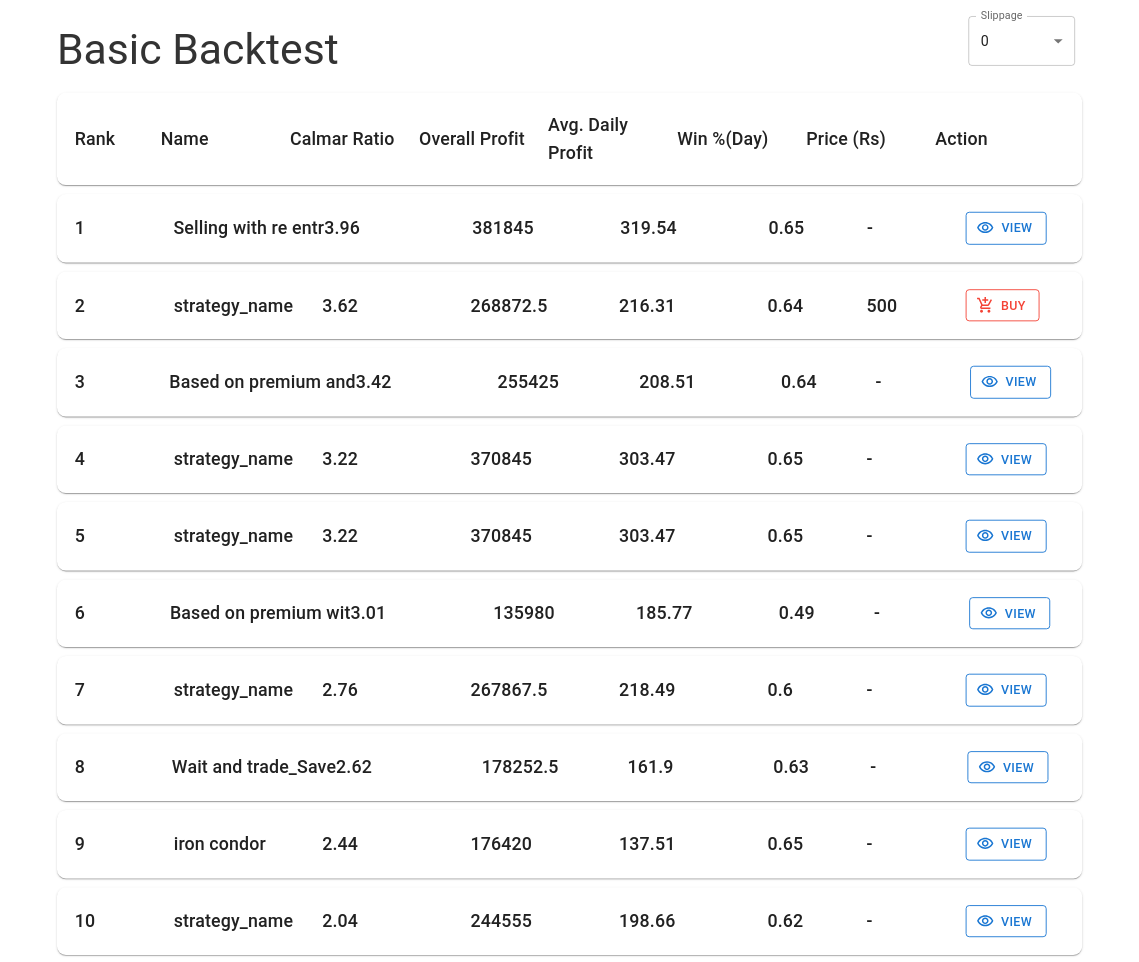
Repository: PraTEEkgUpTa2/Leaderboard
Page: /
The author's editor kept a copy of each file at every save. The page is drawn from the files as they stood at one save, then again after the next save.
The browser window is 1280 px wide. The pictures show the whole page, at 89% of full size.
The project was rebuilt for these pictures with package versions that can differ from the ones it lists, and the page was loaded fresh each time. Also part of the build but not shown: src/App.css.

Above is the page before, as saved 2024-05-28 14:14:48.

### src/index.js
import React from 'react';
import ReactDOM from 'react-dom';
import { ThemeProvider } from '@mui/material/styles';
import App from './App';
import theme from './theme'; // Import the theme object

const root = ReactDOM.createRoot(document.getElementById('root'));
root.render(

  <ThemeProvider theme={theme}>
  <App />
</ThemeProvider>

);

// If you want to start measuring performance in your app, pass a function
// to log results (for example: reportWebVitals(console.log))
// or send to an analytics endpoint. Learn more: https://bit.ly/CRA-vitals

### src/App.js
import React from 'react';
import './App.css';
import Leaderboard from './Leaderboard';

function App() {
  return (
    <div className="App">
      <Leaderboard />
    </div>
  );
}

export default App;

### src/theme.js
// theme.js

import { createTheme } from '@mui/material/styles';

const theme = createTheme({
  palette: {
    primary: {
      main: '#1976d2', // Background color for the table header
      dark: '#135fa8', // Hover color for primary buttons
    },
    error: {
      main: '#f44336', // Background color for "Buy" button
      dark: '#d32f2f', // Hover color for "Buy" button
    },
    common: {
      white: '#fff', // Text color for table header and buttons
    },
  },
});

export default theme;

### src/Leaderboard.js
import React, { useState } from 'react';
import data from './data.json';
import { Container, Box, Typography, FormControl, InputLabel, Select, MenuItem, Paper, Button } from '@mui/material';
import { VisibilityOutlined, AddShoppingCartOutlined } from '@mui/icons-material';
import { styled } from '@mui/system';
import { Line } from 'react-chartjs-2';
import 'chart.js/auto';

const TabContainer = styled(Box)(({ theme }) => ({
  display: 'flex',
  flexDirection: 'column',
  gap: '10px',
  marginTop: '20px',
}));

const Tab = styled(Paper)(({ theme }) => ({
  display: 'flex',
  justifyContent: 'space-between',
  alignItems: 'center',
  padding: '20px',
  borderRadius: '10px',
  boxShadow: theme.shadows[1],
  transition: 'transform 0.3s, box-shadow 0.3s',
  '&:hover': {
    transform: 'translateY(-5px)',
    boxShadow: theme.shadows[4],
    zIndex: 1,
    position: 'relative',
  },
}));

const ViewButton = styled(Button)(({ theme }) => ({
  borderColor: theme.palette.primary.main,
  color: theme.palette.primary.main,
  backgroundColor: 'transparent',
  '&:hover': {
    borderColor: theme.palette.primary.dark,
    color: theme.palette.primary.dark,
    backgroundColor: 'transparent',
  },
  '& .MuiButton-startIcon': {
    marginRight: theme.spacing(1),
  },
}));

const BuyButton = styled(Button)(({ theme }) => ({
  borderColor: theme.palette.error.main,
  color: theme.palette.error.main,
  backgroundColor: 'transparent',
  '&:hover': {
    borderColor: theme.palette.error.dark,
    color: theme.palette.error.dark,
    backgroundColor: 'transparent',
  },
  '& .MuiButton-startIcon': {
    marginRight: theme.spacing(1),
  },
}));

const ChartCard = styled(Box)(({ theme }) => ({
  marginTop: '20px',
  padding: '20px',
  borderRadius: '10px',
  boxShadow: theme.shadows[3],
}));

const CellText = styled(Typography)(({ theme }) => ({
  whiteSpace: 'nowrap',
  overflow: 'hidden',
  textOverflow: 'ellipsis',
}));

const Leaderboard = () => {
  const [selectedRow, setSelectedRow] = useState(null);

  const handleRowClick = (row) => {
    setSelectedRow(row);
  };

  return (
    <Container>
      <Box display="flex" justifyContent="space-between" alignItems="center">
        <Typography variant="h3" style={{ color: '#333', marginTop: '20px' }}>
          Basic Backtest
        </Typography>
        <FormControl sx={{ m: 1, minWidth: 120 }}>
          <InputLabel id="slippage-label">Slippage</InputLabel>
          <Select
            labelId="slippage-label"
            id="slippage-select"
            defaultValue={0}
            label="Slippage"
          >
            <MenuItem value={0}>0</MenuItem>
            <MenuItem value={0.5}>0.5</MenuItem>
            <MenuItem value={1}>1</MenuItem>
          </Select>
        </FormControl>
      </Box>
      <TabContainer>
        <Tab>
          <Box flexBasis="10%">
            <Typography variant="h6">Rank</Typography>
          </Box>
          <Box flexBasis="15%">
            <Typography variant="h6">Name</Typography>
          </Box>
          <Box flexBasis="15%">
            <Typography variant="h6">Calmar Ratio</Typography>
          </Box>
          <Box flexBasis="15%">
            <Typography variant="h6">Overall Profit</Typography>
          </Box>
          <Box flexBasis="15%">
            <Typography variant="h6">Avg. Daily Profit</Typography>
          </Box>
          <Box flexBasis="15%">
            <Typography variant="h6">Win %(Day)</Typography>
          </Box>
          <Box flexBasis="15%">
            <Typography variant="h6">Price (Rs)</Typography>
          </Box>
          <Box flexBasis="15%">
            <Typography variant="h6">Action</Typography>
          </Box>
        </Tab>
        {data.map((row) => (
          <Tab key={row.Rank} onClick={() => handleRowClick(row)}>
            <Box flexBasis="10%">
              <CellText variant="h6">{row.Rank}</CellText>
            </Box>
            <Box flexBasis="15%">
              <CellText variant="h6">{row.Name}</CellText>
            </Box>
            <Box flexBasis="15%">
              <Typography variant="h6">{row["Calmar Ratio"]}</Typography>
            </Box>
            <Box flexBasis="15%">
              <Typography variant="h6">{row["Overall Profit"]}</Typography>
            </Box>
            <Box flexBasis="15%">
              <Typography variant="h6">{row["Avg. Daily Profit"]}</Typography>
            </Box>
            <Box flexBasis="10%">
              <Typography variant="h6">{row["Win %(Day)"]}</Typography>
            </Box>
            <Box flexBasis="10%">
              <Typography variant="h6">{row["Price (Rs)"] ? row["Price (Rs)"] : '-'}</Typography>
            </Box>
            <Box flexBasis="10%">
              {row.Action === 'View' ? (
                <ViewButton startIcon={<VisibilityOutlined />} variant="outlined">
                  View
                </ViewButton>
              ) : (
                <BuyButton startIcon={<AddShoppingCartOutlined />} variant="outlined">
                  Buy
                </BuyButton>
              )}
            </Box>
          </Tab>
        ))}
      </TabContainer>
      {selectedRow && (
        <ChartCard>
          <Typography variant="h6">{selectedRow.Name}</Typography>
          <Line
            data={{
              labels: ['Calmar Ratio', 'Overall Profit', 'Avg. Daily Profit', 'Win % (Day)', 'Price (Rs)'],
              datasets: [
                {
                  label: selectedRow.Name,
                  data: [
                    selectedRow['Calmar Ratio'],
                    selectedRow['Overall Profit'],
                    selectedRow['Avg. Daily Profit'],
                    selectedRow['Win %(Day)'],
                    selectedRow['Price (Rs)'],
                  ],
                  backgroundColor: ['#FF6384', '#36A2EB', '#FFCE56', '#66BB6A', '#FF7043'],
                  borderColor: ['#FF6384', '#36A2EB', '#FFCE56', '#66BB6A', '#FF7043'],
                  borderWidth: 1,
                },
              ],
            }}
          />
        </ChartCard>
      )}
    </Container>
  );
};

export default Leaderboard;

### src/data.json
[
    {
        "Rank": 1,
        "Name": "Selling with re entr",
        "Calmar Ratio": 3.96,
        "Overall Profit": 381845,
        "Avg. Daily Profit": 319.54,
        "Win %(Day)": 0.65,
        "Price (Rs)": null,
        "Action": "View"
    },
    {
        "Rank": 2,
        "Name": "strategy_name",
        "Calmar Ratio": 3.62,
        "Overall Profit": 268872.5,
        "Avg. Daily Profit": 216.31,
        "Win %(Day)": 0.64,
        "Price (Rs)": 500,
        "Action": "Buy"
    },
    {
        "Rank": 3,
        "Name": "Based on premium and",
        "Calmar Ratio": 3.42,
        "Overall Profit": 255425,
        "Avg. Daily Profit": 208.51,
        "Win %(Day)": 0.64,
        "Price (Rs)": null,
        "Action": "View"
    },
    {
        "Rank": 4,
        "Name": "strategy_name",
        "Calmar Ratio": 3.22,
        "Overall Profit": 370845,
        "Avg. Daily Profit": 303.47,
        "Win %(Day)": 0.65,
        "Price (Rs)": null,
        "Action": "View"
    },
    {
        "Rank": 5,
        "Name": "strategy_name",
        "Calmar Ratio": 3.22,
        "Overall Profit": 370845,
        "Avg. Daily Profit": 303.47,
        "Win %(Day)": 0.65,
        "Price (Rs)": null,
        "Action": "View"
    },
    {
        "Rank": 6,
        "Name": "Based on premium wit",
        "Calmar Ratio": 3.01,
        "Overall Profit": 135980,
        "Avg. Daily Profit": 185.77,
        "Win %(Day)": 0.49,
        "Price (Rs)": null,
        "Action": "View"
    },
    {
        "Rank": 7,
        "Name": "strategy_name",
        "Calmar Ratio": 2.76,
        "Overall Profit": 267867.5,
        "Avg. Daily Profit": 218.49,
        "Win %(Day)": 0.6,
        "Price (Rs)": null,
        "Action": "View"
    },
    {
        "Rank": 8,
        "Name": "Wait and trade_Save",
        "Calmar Ratio": 2.62,
        "Overall Profit": 178252.5,
        "Avg. Daily Profit": 161.9,
        "Win %(Day)": 0.63,
        "Price (Rs)": null,
        "Action": "View"
    },
    {
        "Rank": 9,
        "Name": "iron condor",
        "Calmar Ratio": 2.44,
        "Overall Profit": 176420,
        "Avg. Daily Profit": 137.51,
        "Win %(Day)": 0.65,
        "Price (Rs)": null,
        "Action": "View"
    },
    {
        "Rank": 10,
        "Name": "strategy_name",
        "Calmar Ratio": 2.04,
        "Overall Profit": 244555,
        "Avg. Daily Profit": 198.66,
        "Win %(Day)": 0.62,
        "Price (Rs)": null,
        "Action": "View"
    }
]

Loaded but not shown: public/index.html (common file)

After the next save:
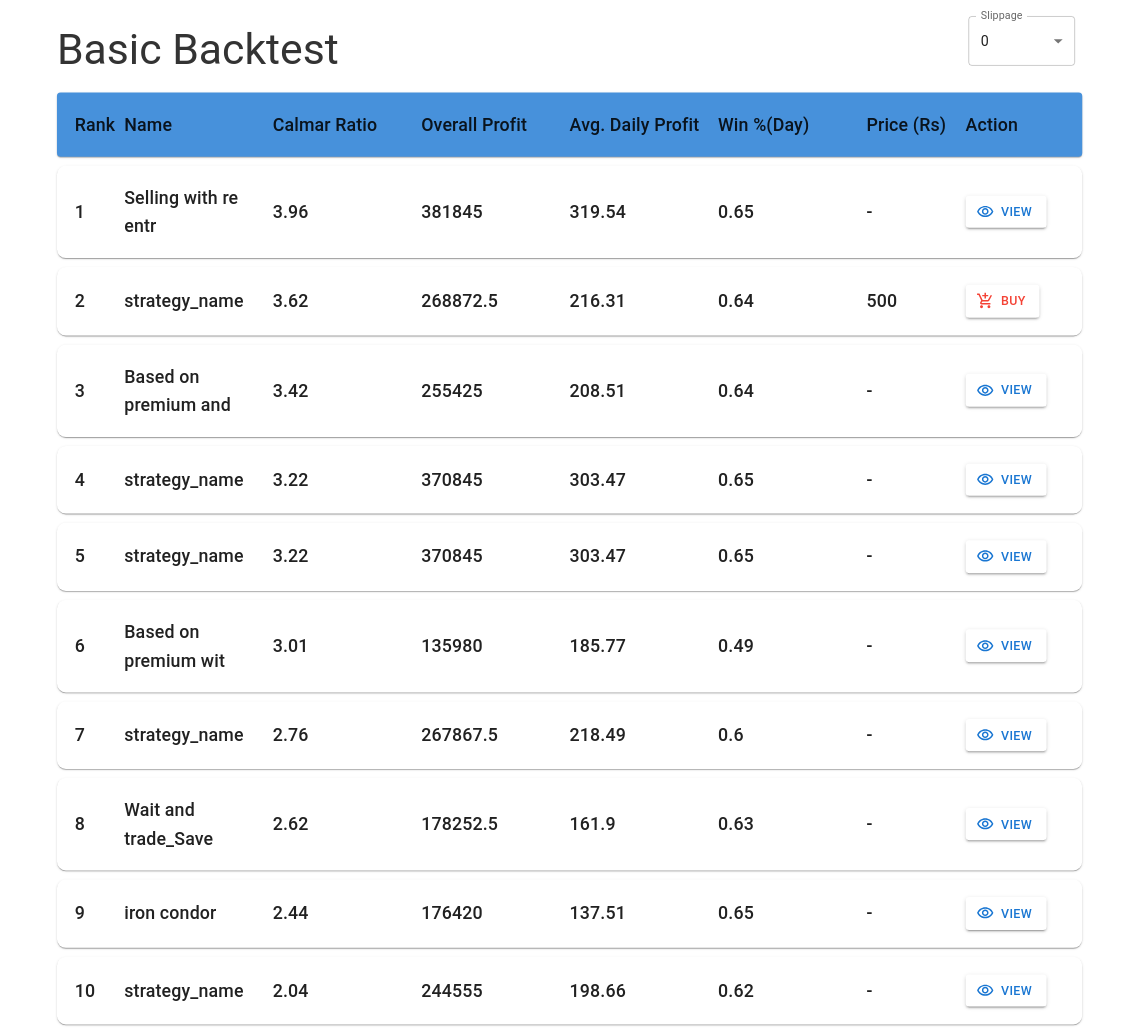
Saved 83 s later.
--- a/src/Leaderboard.js
+++ b/src/Leaderboard.js
@@ -11,6 +11,14 @@ const TabContainer = styled(Box)(({ theme }) => ({
   flexDirection: 'column',
   gap: '10px',
   marginTop: '20px',
+}));
+
+const TabHeader = styled(Paper)(({ theme }) => ({
+  display: 'flex',
+  justifyContent: 'space-between',
+  alignItems: 'center',
+  padding: '20px',
+  backgroundColor: theme.palette.primary.light,
 }));
 
 const Tab = styled(Paper)(({ theme }) => ({
@@ -60,14 +68,7 @@ const BuyButton = styled(Button)(({ theme }) => ({
 const ChartCard = styled(Box)(({ theme }) => ({
   marginTop: '20px',
   padding: '20px',
-  borderRadius: '10px',
   boxShadow: theme.shadows[3],
-}));
-
-const CellText = styled(Typography)(({ theme }) => ({
-  whiteSpace: 'nowrap',
-  overflow: 'hidden',
-  textOverflow: 'ellipsis',
 }));
 
 const Leaderboard = () => {
@@ -98,39 +99,39 @@ const Leaderboard = () => {
         </FormControl>
       </Box>
       <TabContainer>
-        <Tab>
+        <TabHeader>
+          <Box flexBasis="5%">
+            <Typography variant="h6">Rank</Typography>
+          </Box>
+          <Box flexBasis="15%">
+            <Typography variant="h6">Name</Typography>
+          </Box>
+          <Box flexBasis="15%">
+            <Typography variant="h6">Calmar Ratio</Typography>
+          </Box>
+          <Box flexBasis="15%">
+            <Typography variant="h6">Overall Profit</Typography>
+          </Box>
+          <Box flexBasis="15%">
+            <Typography variant="h6">Avg. Daily Profit</Typography>
+          </Box>
+          <Box flexBasis="15%">
+            <Typography variant="h6">Win %(Day)</Typography>
+          </Box>
           <Box flexBasis="10%">
-            <Typography variant="h6">Rank</Typography>
-          </Box>
-          <Box flexBasis="15%">
-            <Typography variant="h6">Name</Typography>
-          </Box>
-          <Box flexBasis="15%">
-            <Typography variant="h6">Calmar Ratio</Typography>
-          </Box>
-          <Box flexBasis="15%">
-            <Typography variant="h6">Overall Profit</Typography>
-          </Box>
-          <Box flexBasis="15%">
-            <Typography variant="h6">Avg. Daily Profit</Typography>
-          </Box>
-          <Box flexBasis="15%">
-            <Typography variant="h6">Win %(Day)</Typography>
-          </Box>
-          <Box flexBasis="15%">
             <Typography variant="h6">Price (Rs)</Typography>
           </Box>
-          <Box flexBasis="15%">
+          <Box flexBasis="10%">
             <Typography variant="h6">Action</Typography>
           </Box>
-        </Tab>
+        </TabHeader>
         {data.map((row) => (
           <Tab key={row.Rank} onClick={() => handleRowClick(row)}>
-            <Box flexBasis="10%">
-              <CellText variant="h6">{row.Rank}</CellText>
-            </Box>
-            <Box flexBasis="15%">
-              <CellText variant="h6">{row.Name}</CellText>
+            <Box flexBasis="5%">
+              <Typography variant="h6">{row.Rank}</Typography>
+            </Box>
+            <Box flexBasis="15%">
+              <Typography variant="h6">{row.Name}</Typography>
             </Box>
             <Box flexBasis="15%">
               <Typography variant="h6">{row["Calmar Ratio"]}</Typography>
@@ -141,7 +142,7 @@ const Leaderboard = () => {
             <Box flexBasis="15%">
               <Typography variant="h6">{row["Avg. Daily Profit"]}</Typography>
             </Box>
-            <Box flexBasis="10%">
+            <Box flexBasis="15%">
               <Typography variant="h6">{row["Win %(Day)"]}</Typography>
             </Box>
             <Box flexBasis="10%">
@@ -149,11 +150,11 @@ const Leaderboard = () => {
             </Box>
             <Box flexBasis="10%">
               {row.Action === 'View' ? (
-                <ViewButton startIcon={<VisibilityOutlined />} variant="outlined">
+                <ViewButton startIcon={<VisibilityOutlined />} variant="contained">
                   View
                 </ViewButton>
               ) : (
-                <BuyButton startIcon={<AddShoppingCartOutlined />} variant="outlined">
+                <BuyButton startIcon={<AddShoppingCartOutlined />} variant="contained">
                   Buy
                 </BuyButton>
               )}
@@ -177,12 +178,24 @@ const Leaderboard = () => {
                     selectedRow['Win %(Day)'],
                     selectedRow['Price (Rs)'],
                   ],
-                  backgroundColor: ['#FF6384', '#36A2EB', '#FFCE56', '#66BB6A', '#FF7043'],
-                  borderColor: ['#FF6384', '#36A2EB', '#FFCE56', '#66BB6A', '#FF7043'],
+                  backgroundColor: '#36A2EB',
+                  borderColor: '#36A2EB',
                   borderWidth: 1,
+                  fill: false,
                 },
               ],
             }}
+            options={{
+              responsive: true,
+              maintainAspectRatio: false,
+              scales: {
+                y: {
+                  beginAtZero: true,
+                },
+              },
+            }}
+            height={400}
+            width={600}
           />
         </ChartCard>
       )}
